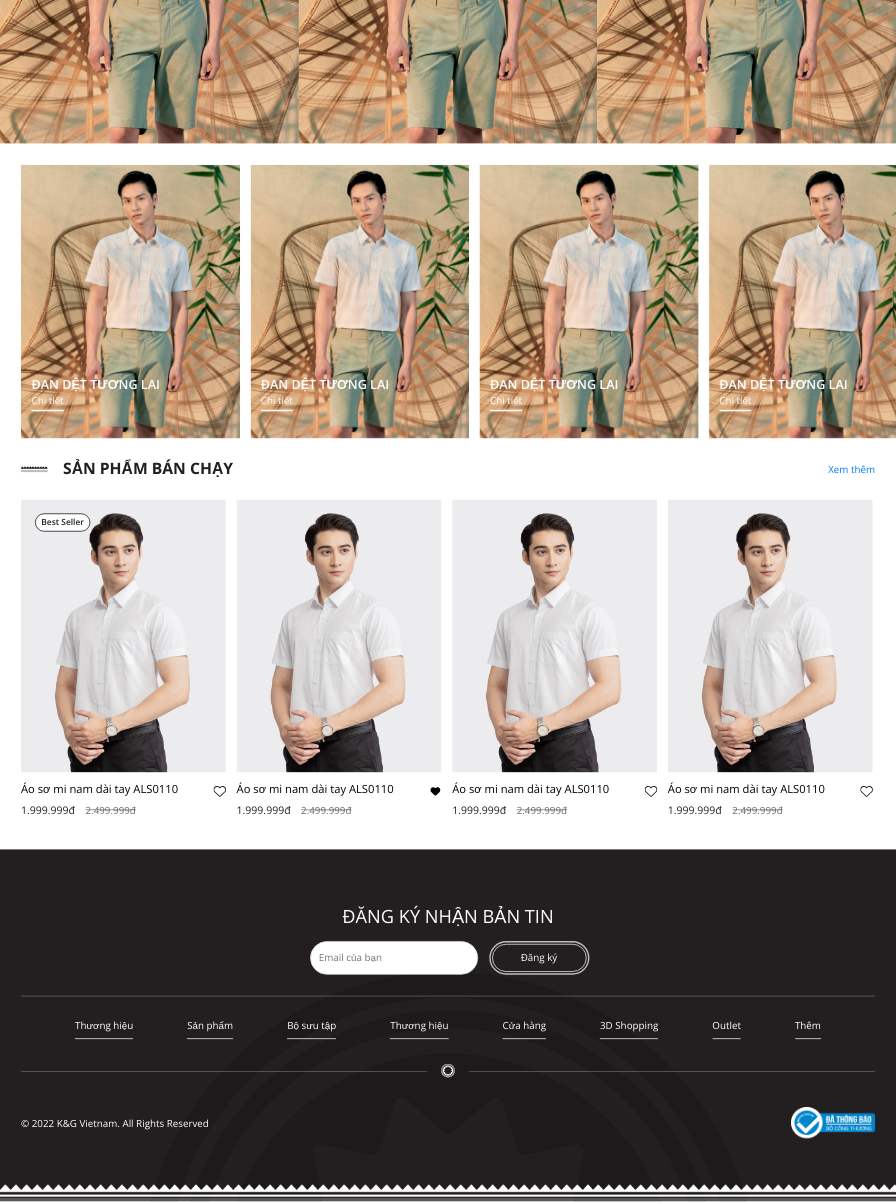
Repository: linhlvtn/aristino
Page: index.html
The author's editor kept a copy of each file at every save. The page is drawn from the files as they stood at one save, then again after the next save.
The browser window is 1280 px wide. The pictures show the part of the page from y = 1038 to 2958 px (the page is 2755 px tall before and 2958 px after), at 70% of full size.

Above is the page before, as saved 2023-09-11 03:05:52.

### index.html
<!DOCTYPE html>
<html lang="en">
    <head>
        <meta charset="UTF-8">
        <meta name="viewport" content="width=device-width, initial-scale=1.0">
        <meta http-equiv="X-UA-Compatible" content="ie=edge">
        <meta name="Description" content="Enter your description here"/>
        <link rel="stylesheet" href="https://cdnjs.cloudflare.com/ajax/libs/twitter-bootstrap/4.6.0/css/bootstrap.min.css">
        <link rel="stylesheet" href="assets/css/style.css">
        <title>Title</title>
    </head>
<body>

    <div class="wrapper">
        <header class="header">
            <div class="container-fluid">
                <div class="header-main">
                    <div class="header-main--menu">
                        <button type="button" class="btn-menu">
                            <svg fill="currentColor" xmlns="http://www.w3.org/2000/svg" viewBox="0 0 448 512"><path d="M0 80c0-8.8 7.2-16 16-16H432c8.8 0 16 7.2 16 16s-7.2 16-16 16H16C7.2 96 0 88.8 0 80zM0 240c0-8.8 7.2-16 16-16H432c8.8 0 16 7.2 16 16s-7.2 16-16 16H16c-8.8 0-16-7.2-16-16zM448 400c0 8.8-7.2 16-16 16H16c-8.8 0-16-7.2-16-16s7.2-16 16-16H432c8.8 0 16 7.2 16 16z"/></svg>
                        </button>
                        <div>
                            <a href="">
                                <img src="assets/images/logo.png" alt="logo">
                            </a>
                        </div>
                    </div>
                    <div class="header-main--controler">
                        <div>
                            <button type="button" class="btn">
                                <img src="assets/images/search.png" alt="">
                            </button>
                        </div>
                        <div>
                            <button type="button" class="btn">
                                <img src="assets/images/user.png" alt="">
                            </button>
                        </div>
                        <div>
                            <button type="button" class="btn">
                                <img src="assets/images/favorite.png" alt="">
                            </button>
                        </div>
                        <div>
                            <button type="button" class="btn">
                                <img src="assets/images/shop.png" alt="">
                            </button>
                        </div>
                    </div>
                </div>
            </div>
        </header>
        <main>
            <div class="cover-banner">
                <img src="assets/images/Banner.png" alt="">
            </div>
            <div class="image-style-list">
                <div class="list-container">
                    <div class="list-style-group">
                        <div class="image-style-list--item">
                            <a href="">
                                <img src="assets/images/Demo-product.png" alt="">
                            </a>
                        </div>
                        <div class="image-style-list--item">
                            <a href="">
                                <img src="assets/images/Demo-product.png" alt="">
                            </a>
                        </div>
                        <div class="image-style-list--item">
                            <a href="">
                                <img src="assets/images/Demo-product.png" alt="">
                            </a>
                        </div>
                    </div>
                </div>
                <button class="btn-control-slide prev-button">
                    <img src="assets/images/next-slide.png" alt="">
                </button>
                <button class="btn-control-slide next-button">
                    <img src="assets/images/next-slide.png" alt="">
                </button>
            </div>

            <div class="list-category list-category-home">
                <div class="image-style-list">
                    <div class="list-container">
                        <div class="list-style-group-ctgr">
                            <div class="image-style-list--item item-category">
                                <a href="">
                                    <img src="assets/images/Demo-product.png" alt="">
                                </a>
                                <div class="item-category--info">
                                    <h3>ĐAN DỆT TƯƠNG LAI</h3>
                                    <a href="">Chi tiết</a>
                                </div>
                            </div>
                            <div class="image-style-list--item item-category">
                                <a href="">
                                    <img src="assets/images/Demo-product.png" alt="">
                                </a>
                                <div class="item-category--info">
                                    <h3>ĐAN DỆT TƯƠNG LAI</h3>
                                    <a href="">Chi tiết</a>
                                </div>
                            </div>
                            <div class="image-style-list--item item-category">
                                <a href="">
                                    <img src="assets/images/Demo-product.png" alt="">
                                </a>
                                <div class="item-category--info">
                                    <h3>ĐAN DỆT TƯƠNG LAI</h3>
                                    <a href="">Chi tiết</a>
                                </div>
                            </div>
                            <div class="image-style-list--item item-category">
                                <a href="">
                                    <img src="assets/images/Demo-product.png" alt="">
                                </a>
                                <div class="item-category--info">
                                    <h3>ĐAN DỆT TƯƠNG LAI</h3>
                                    <a href="">Chi tiết</a>
                                </div>
                            </div>
                        </div>
                    </div>
                    <button class="btn-control-slide prev-button-ctgr">
                        <img src="assets/images/next-slide.png" alt="">
                    </button>
                    <button class="btn-control-slide next-button-ctgr">
                        <img src="assets/images/next-slide.png" alt="">
                    </button>
                </div>

            </div>

            <div class="group-production">
                <div class="container-fluid">
                    <div class="group-production--heading">
                        <h3 class="title-heading">SẢN PHẨM BÁN CHẠY</h3>
                        <a href="" class="view-more-prd">Xem thêm</a>
                    </div>
                    <div class="group-production--list">
                         <div class="group-production--list-item">
                            <div class="thumbnail-product">
                                <a href="">
                                    <img src="assets/images/Demo-product-2.png" alt="">
                                </a>
                                <div class="label-sale">Best Seller</div>
                            </div>
                            <div class="info-product">
                                <div class="info-product--heading">
                                    <h3 class="title-product">
                                        <a href="">Áo sơ mi nam dài tay ALS0110</a>
                                    </h3>
                                    <span class="favorite-prd">
                                        <svg xmlns="http://www.w3.org/2000/svg" viewBox="0 0 512 512"><path d="M244 130.6l-12-13.5-4.2-4.7c-26-29.2-65.3-42.8-103.8-35.8c-53.3 9.7-92 56.1-92 110.3v3.5c0 32.3 13.4 63.1 37.1 85.1L253 446.8c.8 .7 1.9 1.2 3 1.2s2.2-.4 3-1.2L443 275.5c23.6-22 37-52.8 37-85.1v-3.5c0-54.2-38.7-100.6-92-110.3c-38.5-7-77.8 6.6-103.8 35.8l-4.2 4.7-12 13.5c-3 3.4-7.4 5.4-12 5.4s-8.9-2-12-5.4zm34.9-57.1C311 48.4 352.7 37.7 393.7 45.1C462.2 57.6 512 117.3 512 186.9v3.5c0 36-13.1 70.6-36.6 97.5c-3.4 3.8-6.9 7.5-10.7 11l-184 171.3c-.8 .8-1.7 1.5-2.6 2.2c-6.3 4.9-14.1 7.5-22.1 7.5c-9.2 0-18-3.5-24.8-9.7L47.2 299c-3.8-3.5-7.3-7.2-10.7-11C13.1 261 0 226.4 0 190.4v-3.5C0 117.3 49.8 57.6 118.3 45.1c40.9-7.4 82.6 3.2 114.7 28.4c6.7 5.3 13 11.1 18.7 17.6l4.2 4.7 4.2-4.7c4.2-4.7 8.6-9.1 13.3-13.1c1.8-1.5 3.6-3 5.4-4.5z"/></svg>
                                    </span>
                                </div>
                                <div class="info-product--price">
                                    <div class="price-main">1.999.999đ</div>
                                    <div class="price-sale">2.499.999đ</div>
                                </div>
                            </div>
                         </div>

                         <div class="group-production--list-item">
                            <div class="thumbnail-product">
                                <a href="">
                                    <img src="assets/images/Demo-product-2.png" alt="">
                                </a>
                            </div>
                            <div class="info-product">
                                <div class="info-product--heading">
                                    <h3 class="title-product">
                                        <a href="">Áo sơ mi nam dài tay ALS0110</a>
                                    </h3>
                                    <span class="favorite-prd">
                                        <svg xmlns="http://www.w3.org/2000/svg" height="1em" viewBox="0 0 512 512"><!--! Font Awesome Free 6.4.2 by @fontawesome - https://fontawesome.com License - https://fontawesome.com/license (Commercial License) Copyright 2023 Fonticons, Inc. --><path d="M47.6 300.4L228.3 469.1c7.5 7 17.4 10.9 27.7 10.9s20.2-3.9 27.7-10.9L464.4 300.4c30.4-28.3 47.6-68 47.6-109.5v-5.8c0-69.9-50.5-129.5-119.4-141C347 36.5 300.6 51.4 268 84L256 96 244 84c-32.6-32.6-79-47.5-124.6-39.9C50.5 55.6 0 115.2 0 185.1v5.8c0 41.5 17.2 81.2 47.6 109.5z"/></svg>
                                    </span>
                                </div>
                                <div class="info-product--price">
                                    <div class="price-main">1.999.999đ</div>
                                    <div class="price-sale">2.499.999đ</div>
                                </div>
                            </div>
                         </div>

                         <div class="group-production--list-item">
                            <div class="thumbnail-product">
                                <a href="">
                                    <img src="assets/images/Demo-product-2.png" alt="">
                                </a>
                            </div>
                            <div class="info-product">
                                <div class="info-product--heading">
                                    <h3 class="title-product">
                                        <a href="">Áo sơ mi nam dài tay ALS0110</a>
                                    </h3>
                                    <span class="favorite-prd">
                                        <svg xmlns="http://www.w3.org/2000/svg" viewBox="0 0 512 512"><path d="M244 130.6l-12-13.5-4.2-4.7c-26-29.2-65.3-42.8-103.8-35.8c-53.3 9.7-92 56.1-92 110.3v3.5c0 32.3 13.4 63.1 37.1 85.1L253 446.8c.8 .7 1.9 1.2 3 1.2s2.2-.4 3-1.2L443 275.5c23.6-22 37-52.8 37-85.1v-3.5c0-54.2-38.7-100.6-92-110.3c-38.5-7-77.8 6.6-103.8 35.8l-4.2 4.7-12 13.5c-3 3.4-7.4 5.4-12 5.4s-8.9-2-12-5.4zm34.9-57.1C311 48.4 352.7 37.7 393.7 45.1C462.2 57.6 512 117.3 512 186.9v3.5c0 36-13.1 70.6-36.6 97.5c-3.4 3.8-6.9 7.5-10.7 11l-184 171.3c-.8 .8-1.7 1.5-2.6 2.2c-6.3 4.9-14.1 7.5-22.1 7.5c-9.2 0-18-3.5-24.8-9.7L47.2 299c-3.8-3.5-7.3-7.2-10.7-11C13.1 261 0 226.4 0 190.4v-3.5C0 117.3 49.8 57.6 118.3 45.1c40.9-7.4 82.6 3.2 114.7 28.4c6.7 5.3 13 11.1 18.7 17.6l4.2 4.7 4.2-4.7c4.2-4.7 8.6-9.1 13.3-13.1c1.8-1.5 3.6-3 5.4-4.5z"/></svg>
                                    </span>
                                </div>
                                <div class="info-product--price">
                                    <div class="price-main">1.999.999đ</div>
                                    <div class="price-sale">2.499.999đ</div>
                                </div>
                            </div>
                         </div>

                         <div class="group-production--list-item">
                            <div class="thumbnail-product">
                                <a href="">
                                    <img src="assets/images/Demo-product-2.png" alt="">
                                </a>
                            </div>
                            <div class="info-product">
                                <div class="info-product--heading">
                                    <h3 class="title-product">
                                        <a href="">Áo sơ mi nam dài tay ALS0110</a>
                                    </h3>
                                    <span class="favorite-prd">
                                        <svg xmlns="http://www.w3.org/2000/svg" viewBox="0 0 512 512"><path d="M244 130.6l-12-13.5-4.2-4.7c-26-29.2-65.3-42.8-103.8-35.8c-53.3 9.7-92 56.1-92 110.3v3.5c0 32.3 13.4 63.1 37.1 85.1L253 446.8c.8 .7 1.9 1.2 3 1.2s2.2-.4 3-1.2L443 275.5c23.6-22 37-52.8 37-85.1v-3.5c0-54.2-38.7-100.6-92-110.3c-38.5-7-77.8 6.6-103.8 35.8l-4.2 4.7-12 13.5c-3 3.4-7.4 5.4-12 5.4s-8.9-2-12-5.4zm34.9-57.1C311 48.4 352.7 37.7 393.7 45.1C462.2 57.6 512 117.3 512 186.9v3.5c0 36-13.1 70.6-36.6 97.5c-3.4 3.8-6.9 7.5-10.7 11l-184 171.3c-.8 .8-1.7 1.5-2.6 2.2c-6.3 4.9-14.1 7.5-22.1 7.5c-9.2 0-18-3.5-24.8-9.7L47.2 299c-3.8-3.5-7.3-7.2-10.7-11C13.1 261 0 226.4 0 190.4v-3.5C0 117.3 49.8 57.6 118.3 45.1c40.9-7.4 82.6 3.2 114.7 28.4c6.7 5.3 13 11.1 18.7 17.6l4.2 4.7 4.2-4.7c4.2-4.7 8.6-9.1 13.3-13.1c1.8-1.5 3.6-3 5.4-4.5z"/></svg>
                                    </span>
                                </div>
                                <div class="info-product--price">
                                    <div class="price-main">1.999.999đ</div>
                                    <div class="price-sale">2.499.999đ</div>
                                </div>
                            </div>
                         </div>
                    </div>
                </div>
            </div>

        </main>

        <footer class="footer">
            <div class="container-fluid">
                <h2 class="heading-footer">Đăng ký nhận bản tin</h2>
                <div class="form-contact">
                    <input type="text" class="form-control" placeholder="Email của bạn">
                    <button type="submit" class="btn btn-submit btn-custom-border">Đăng ký</button>
                </div>
                <div class="footer-menu-group">
                    <ul class="footer-menu-list">
                        <li class="footer-menu-list--item">
                            <a href="">
                                Thương hiệu
                            </a>
                        </li>
                        <li class="footer-menu-list--item">
                            <a href="">
                                Sản phẩm
                            </a>
                        </li>
                        <li class="footer-menu-list--item">
                            <a href="">
                                Bộ sưu tập
                            </a>
                        </li>
                        <li class="footer-menu-list--item">
                            <a href="">
                                Thương hiệu
                            </a>
                        </li>
                        <li class="footer-menu-list--item">
                            <a href="">
                                Cửa hàng
                            </a>
                        </li>
                        <li class="footer-menu-list--item">
                            <a href="">
                                3D Shopping
                            </a>
                        </li>
                        <li class="footer-menu-list--item">
                            <a href="">
                                Outlet
                            </a>
                        </li>
                        <li class="footer-menu-list--item">
                            <a href="">
                                Thêm
                            </a>
                        </li>
                    </ul>
                </div>
                <div class="footer-coppy-right">
                    <div>© 2022 K&G Vietnam. All Rights Reserved</div>
                    <a href="" class="img-policy">
                        <img width="120px" src="assets/images/logo-da-thong-bao-website-voi-bo-cong-thuong.png" alt="">
                    </a>
                </div>
            </div>
        </footer>
    </div>

    <script src="https://cdnjs.cloudflare.com/ajax/libs/jquery/3.5.1/jquery.slim.min.js"></script>
    <script src="https://cdnjs.cloudflare.com/ajax/libs/popper.js/1.16.1/umd/popper.min.js"></script>
    <script src="https://cdnjs.cloudflare.com/ajax/libs/twitter-bootstrap/4.6.0/js/bootstrap.min.js"></script>

    <script>

        function initializeSlider(listClass, prevButtonClass, nextButtonClass, itemsPerPage) {
            const list = document.querySelector(listClass);
            const prevButton = document.querySelector(prevButtonClass);
            const nextButton = document.querySelector(nextButtonClass);

            let currentIndex = 0;
            const itemWidth = document.querySelector(".image-style-list--item").offsetWidth;

            function updateButtons() {
                prevButton.disabled = currentIndex === 0;
                nextButton.disabled = currentIndex >= list.children.length - itemsPerPage;
            }

            nextButton.addEventListener("click", function () {
                if (currentIndex < list.children.length - itemsPerPage) {
                    currentIndex++;
                    list.style.transform = `translateX(-${currentIndex * itemWidth}px)`;
                    updateButtons();
                }
            });

            prevButton.addEventListener("click", function () {
                if (currentIndex > 0) {
                    currentIndex--;
                    list.style.transform = `translateX(-${currentIndex * itemWidth}px)`;
                    updateButtons();
                }
            });

            window.addEventListener("resize", function () {
                currentIndex = 0;
                list.style.transform = `translateX(0)`;
                updateButtons();
            });

            updateButtons();
        }

        document.addEventListener("DOMContentLoaded", function () {
            initializeSlider(".list-style-group", ".prev-button", ".next-button", 1); // 1 item per page
        });

        document.addEventListener("DOMContentLoaded", function () {
            let initialItemsPerPage = window.innerWidth > 768 ? 4 : 1;
            initializeSlider(".list-style-group-ctgr", ".prev-button-ctgr", ".next-button-ctgr", initialItemsPerPage);
        });

    </script>
</body>
</html>

Loaded but not shown: assets/css/style.css (library)

After the next save:
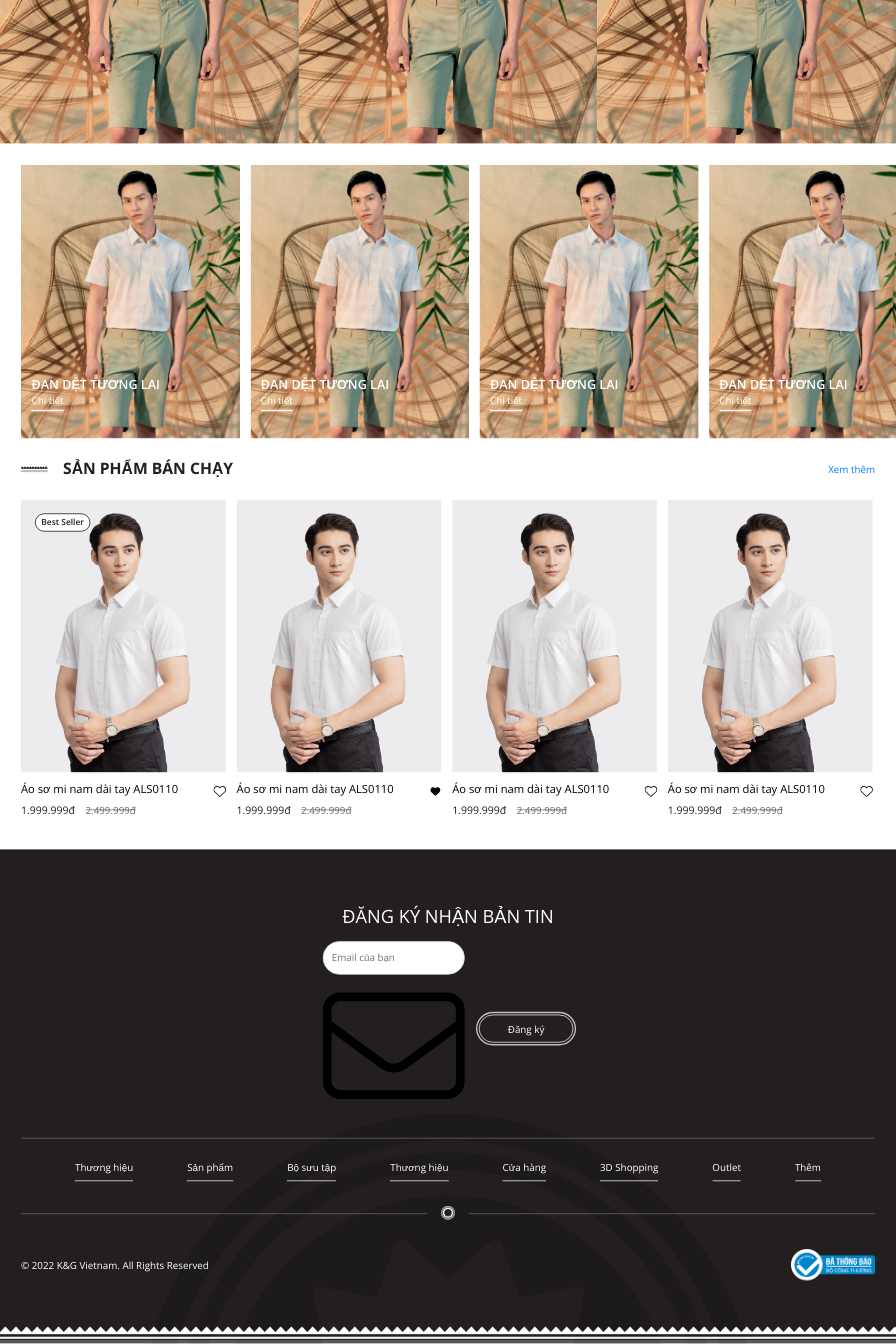
Saved 3 min 21 s later.
--- a/index.html
+++ b/index.html
@@ -239,7 +239,10 @@
             <div class="container-fluid">
                 <h2 class="heading-footer">Đăng ký nhận bản tin</h2>
                 <div class="form-contact">
-                    <input type="text" class="form-control" placeholder="Email của bạn">
+                    <div>
+                        <input type="text" class="form-control" placeholder="Email của bạn">
+                     <svg xmlns="http://www.w3.org/2000/svg" viewBox="0 0 512 512"><path d="M64 96c-17.7 0-32 14.3-32 32v39.9L227.6 311.3c16.9 12.4 39.9 12.4 56.8 0L480 167.9V128c0-17.7-14.3-32-32-32H64zM32 207.6V384c0 17.7 14.3 32 32 32H448c17.7 0 32-14.3 32-32V207.6L303.3 337.1c-28.2 20.6-66.5 20.6-94.6 0L32 207.6zM0 128C0 92.7 28.7 64 64 64H448c35.3 0 64 28.7 64 64V384c0 35.3-28.7 64-64 64H64c-35.3 0-64-28.7-64-64V128z"/></svg>
+                    </div>
                     <button type="submit" class="btn btn-submit btn-custom-border">Đăng ký</button>
                 </div>
                 <div class="footer-menu-group">
